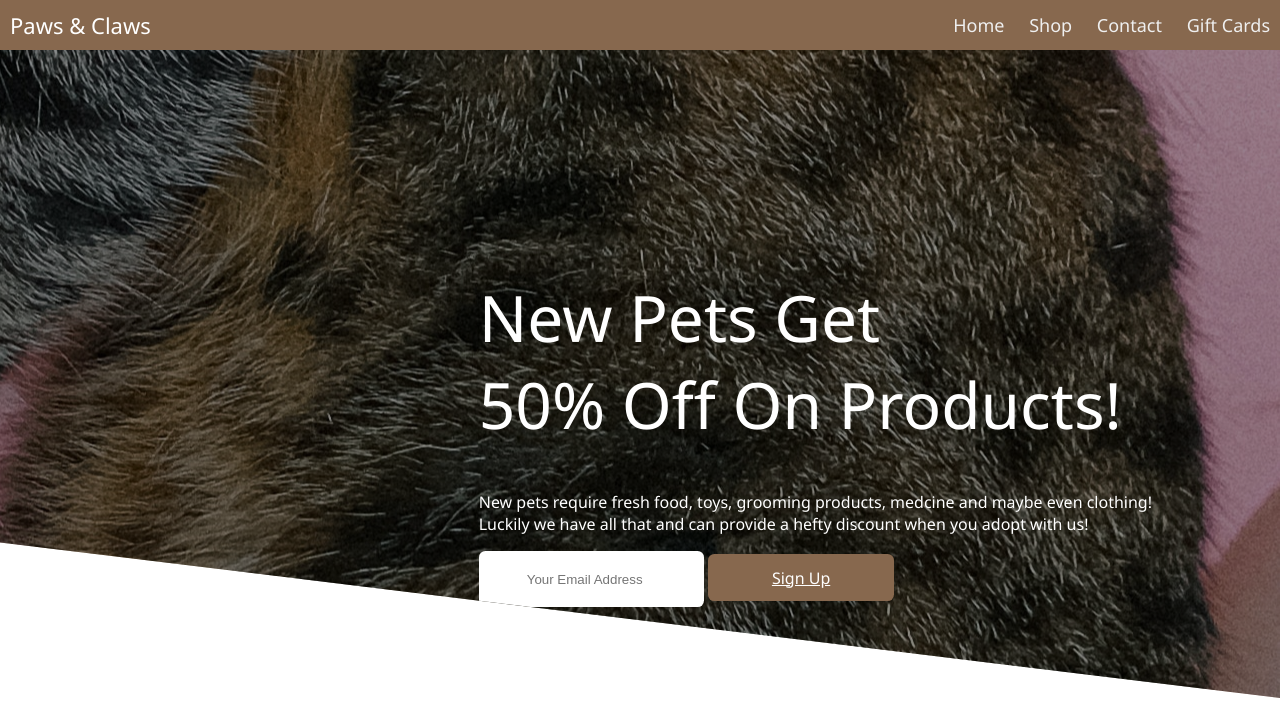
Repository: LtGriff/petProject
Page: dist/about.html
These files come from the project's save history. The page is drawn as it stood at one moment and after a run of saves; the edit follows.
The browser window is 1280 px wide. The pictures show the whole page.

Above is the page before, as saved 2022-05-19 07:44:13.

After the next 4 saves:
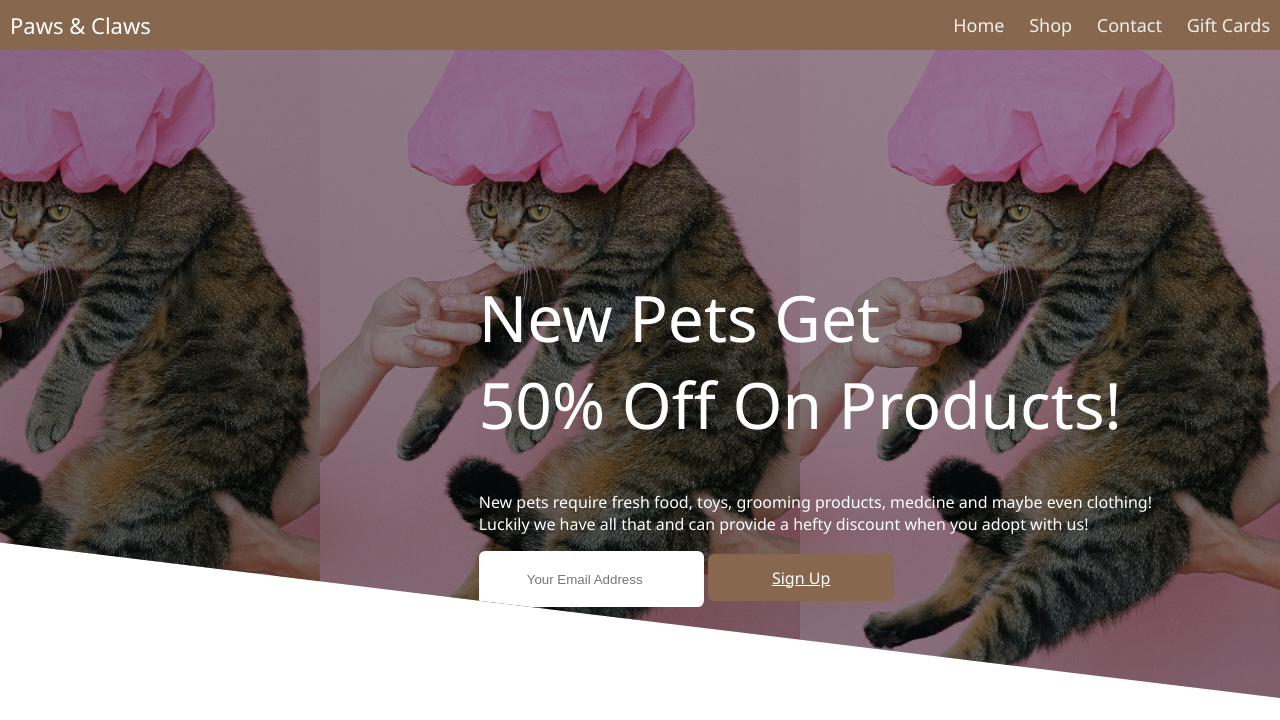
The 4 saves are shown as one change because they came seconds apart.
The last was saved 10 s later.
--- a/dist/CSS/about.css
+++ b/dist/CSS/about.css
@@ -78,7 +78,7 @@
         rgba(0, 0, 0, 0.5)),
     url("../img/catpink.jpg");
     background-attachment: fixed;
-    background-size:unset;
+    background-size: contain;
     background-position: right;
     position: relative;
     object-fit: cover;
